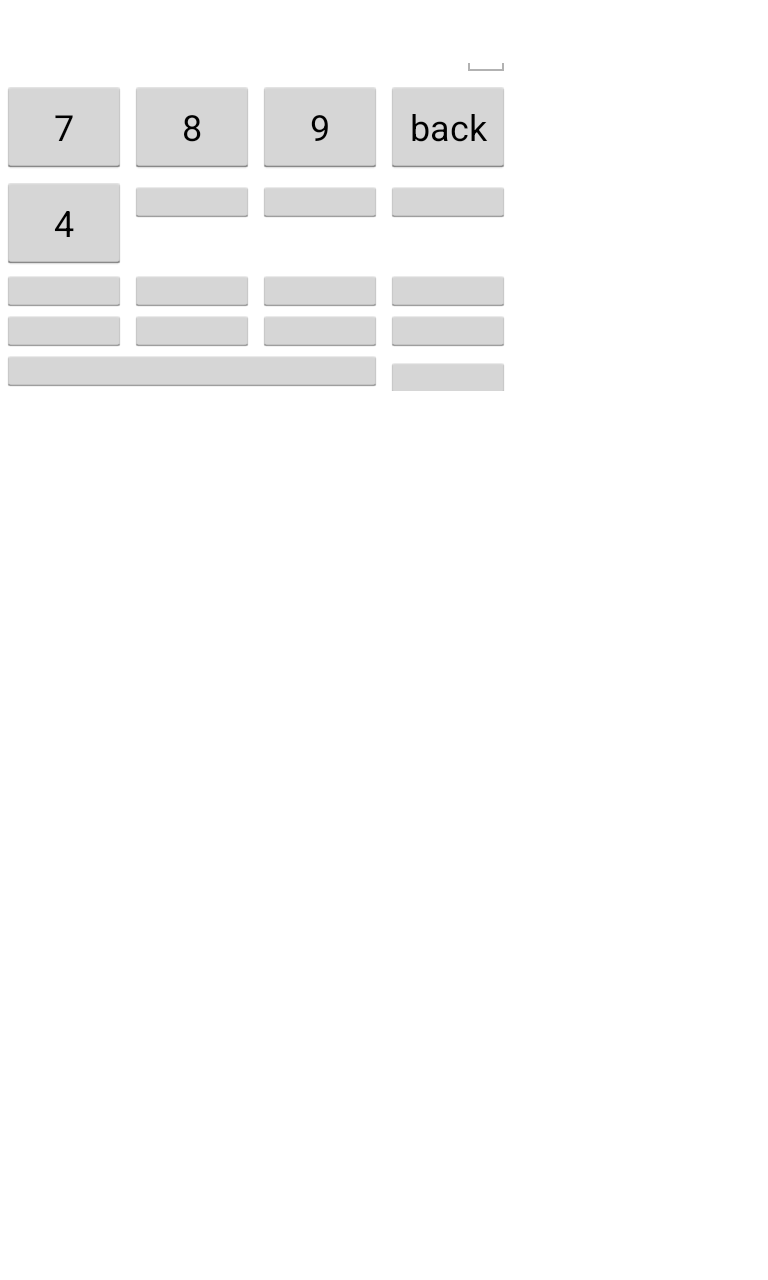
Repository: Free-Mind/eclipes
Layout: Calculator/res/layout/activity_main.xml
The author's editor kept a copy of each file at every save. The layout is drawn from the files as they stood at one save, then again after the next save.
It is drawn on a 768 x 1280 px phone screen (xhdpi) without system bars, with theme AppTheme; the app's code is not run.

Above is the layout before, as saved 2015-04-17 17:41:42.

After the next save:
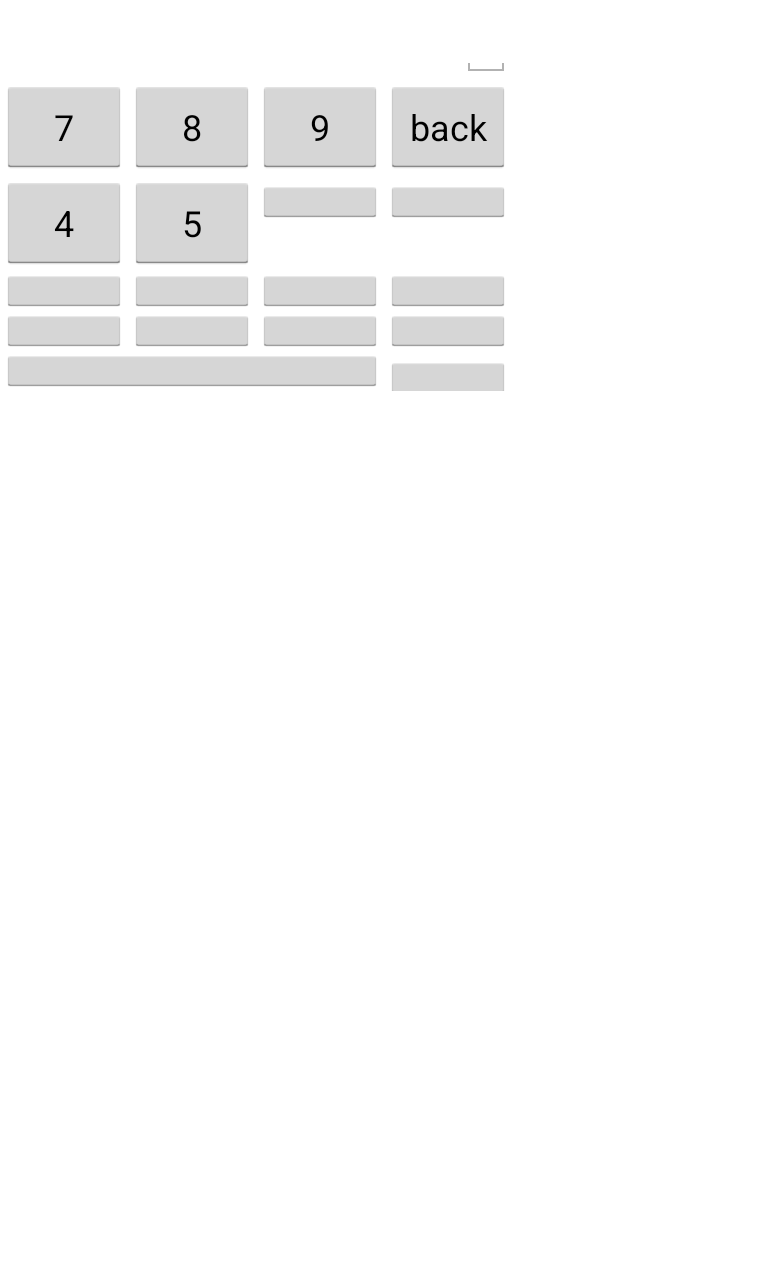
Saved 7 s later.
--- a/Calculator/res/layout/activity_main.xml
+++ b/Calculator/res/layout/activity_main.xml
@@ -75,7 +75,6 @@
 		             android:id="@+id/bt_5"
 		             android:layout_width="wrap_content"
 		            android:layout_height="wrap_content"
-		             android:layout_height="40px"
 		             android:text="5"
 		             />
 		           <Button
